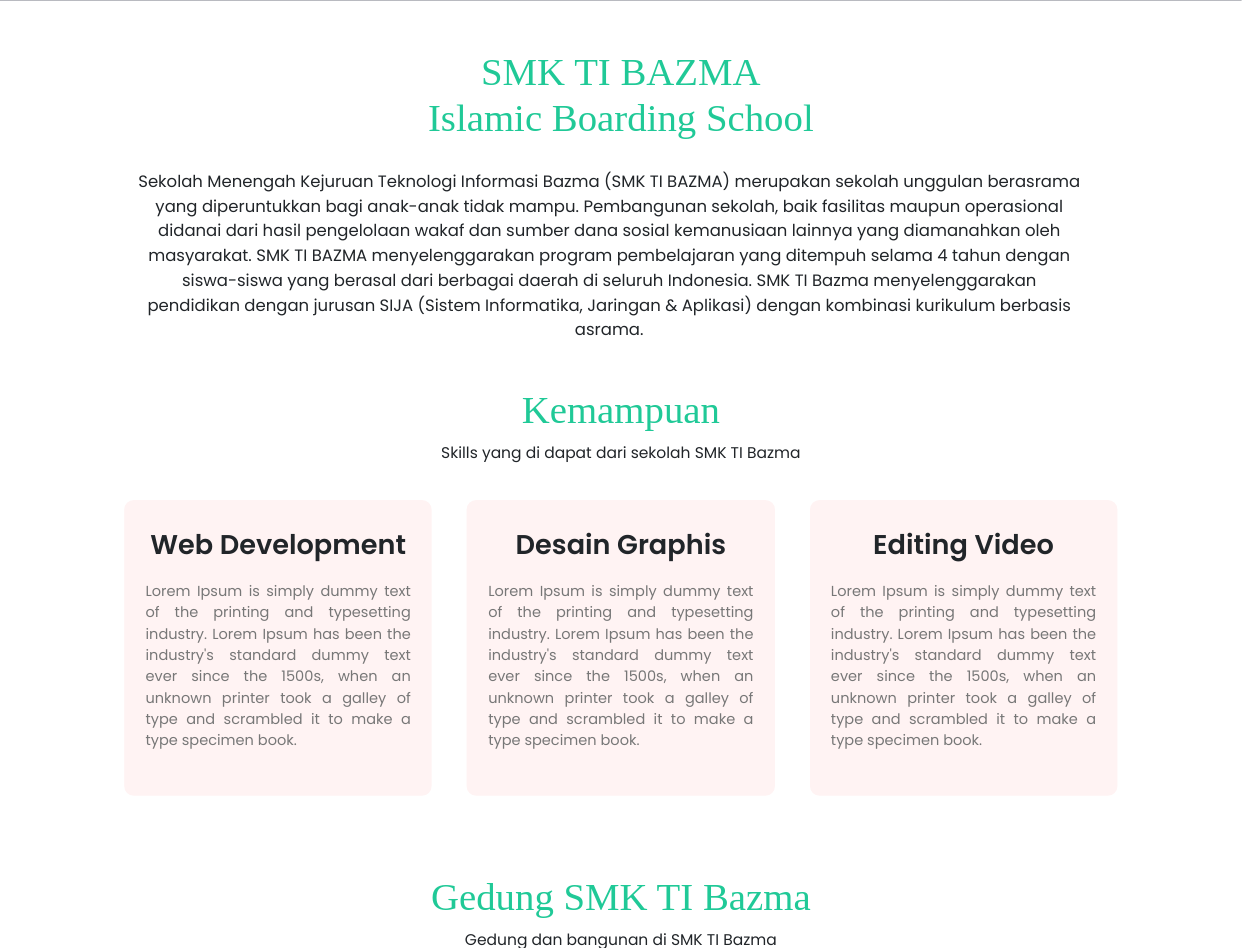
Repository: farhannurrahmat/Landing-Page-School
Page: index.html
An editor plug-in stored every save of this project. The page is shown before and after a run of saves, followed by the edit.
The browser window is 1280 px wide. The pictures show the part of the page from y = 720 to 1697 px (the page is 4203 px tall), at 97% of full size.
A picture or video elsewhere on the page could not be fetched, so the positions and the page height are approximate.

Above is the page before, as saved 2024-01-31 08:56:29.

After the next 2 saves:
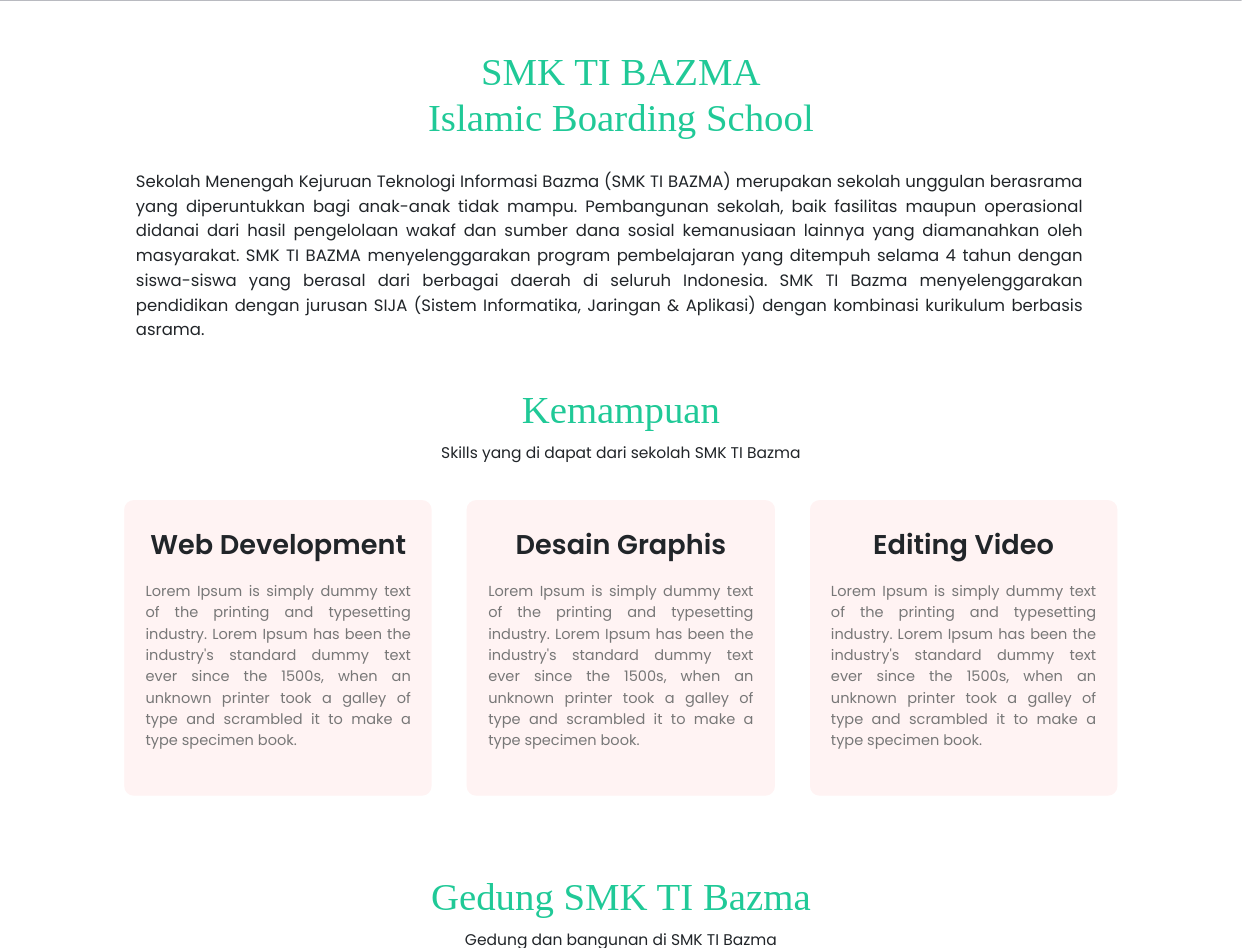
The 2 saves are shown as one change because they came seconds apart.
The last was saved 7 s later.
--- a/index.html
+++ b/index.html
@@ -45,7 +45,7 @@
       </div>
       <div class="row">
         <div class="col ">
-          <p style="text-align;">Sekolah Menengah Kejuruan Teknologi Informasi Bazma (SMK TI BAZMA) merupakan sekolah unggulan berasrama
+          <p style="text-align: justify;">Sekolah Menengah Kejuruan Teknologi Informasi Bazma (SMK TI BAZMA) merupakan sekolah unggulan berasrama
             yang diperuntukkan bagi anak-anak tidak mampu. Pembangunan sekolah, baik fasilitas maupun operasional
             didanai dari hasil pengelolaan wakaf dan sumber dana sosial kemanusiaan lainnya yang diamanahkan oleh
             masyarakat.
